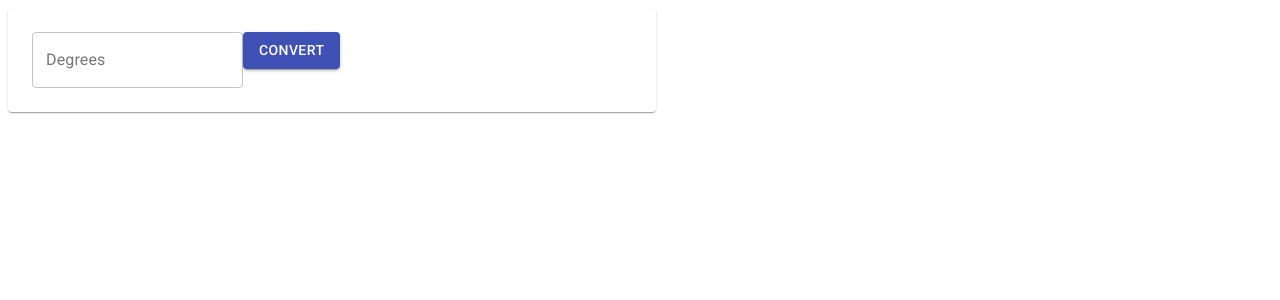
Repository: zum281/temperature-converter
Page: /
An editor plug-in stored every save of this project. The page is shown before and after the next save, followed by the edit.
The browser window is 1280 px wide. The pictures show the whole page.
The project was rebuilt for these pictures with package versions that can differ from the ones it lists, and the page was loaded fresh each time. Also part of the build but not shown: src/index.css.

Above is the page before, as saved 2021-07-09 13:14:20.

After the next save:
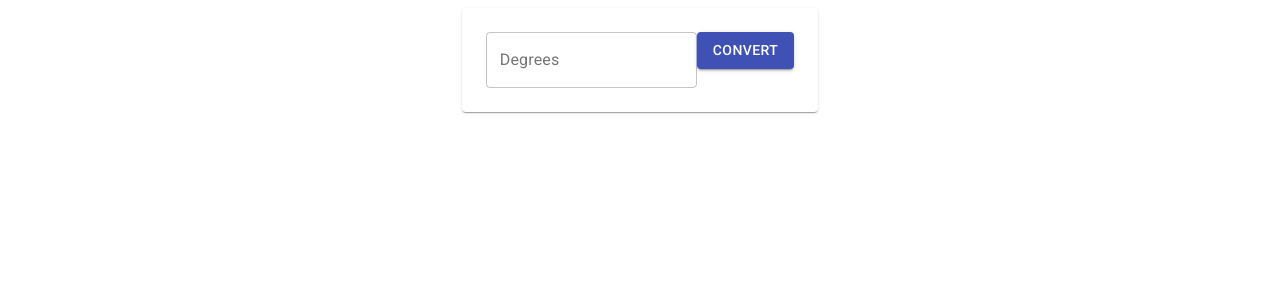
Saved 37 s later.
--- a/src/App.js
+++ b/src/App.js
@@ -9,6 +9,11 @@ import {
 
 const useStyles = makeStyles((theme) => {
     return {
+        root: {
+            display: "flex",
+            alignItems: "center",
+            justifyContent: "center",
+        },
         paper: {
             padding: theme.spacing(3),
             maxWidth: "600px",
@@ -19,7 +24,7 @@ const useStyles = makeStyles((theme) => {
 function App() {
     const classes = useStyles();
     return (
-        <div className="App">
+        <div className={classes.root}>
             <Paper className={classes.paper}>
                 <form noValidate autoComplete="off">
                     <FormControl variant="outlined">
